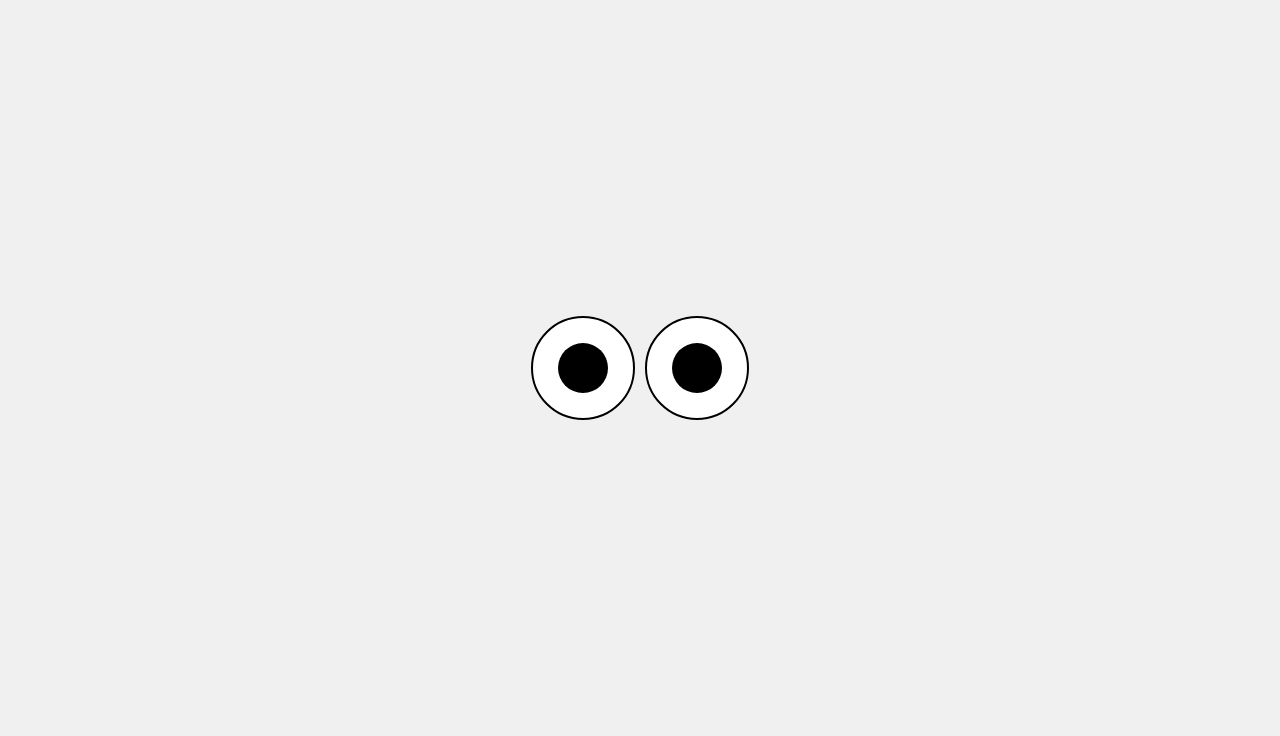
Repository: lorenzocunha/bender
Page: index.html
An editor plug-in stored every save of this project. The page is shown before and after the next save, followed by the edit.
The browser window is 1280 px wide. The pictures show the whole page.
Some web libraries are served in a nearby version.

Above is the page before, as saved 2024-03-24 10:51:21.

### index.html
<!DOCTYPE html>

<html lang="PT-BR">
    <meta charset="UTF-8">
    <meta name="viewport" content="width=device-width, initial-scale=1.0">
    <title>Bender</title>
    <link rel="stylesheet" href="style.css">
    <script src="https://cdnjs.cloudflare.com/ajax/libs/lottie-web/5.7.4/lottie.min.js"></script>
</head>

<body>
    <div class="container">
        <div id="bender" class="Bender">
            <div class="eye" id="eye1"><div class="pupil" id="pupil1"></div></div>
            <div class="eye" id="eye2"><div class="pupil" id="pupil2"></div></div>
            <script src="script.js"></script>
        </div>
    </div>
</body>
</html>

### style.css
.Bender svg {
    width: 400px;
}
.Bender {
    display: flex;
}
body {
    display: flex;
    justify-content: center;
    align-items: center;
    height: 100vh;
    background-color: #f0f0f0;
}

.eye {
    position: relative;
    width: 100px;
    height: 100px;
    background-color: #fff;
    border-radius: 50%;
    margin: 0 5px;
    display: flex;
    justify-content: center;
    align-items: center;
    border: 2px solid #000;
}

.pupil {
    position: absolute;
    width: 50px;
    height: 50px;
    background-color: #000;
    border-radius: 50%;
}

### script.js
document.addEventListener('mousemove', (event) => {
    const eyes = document.querySelectorAll('.eye');
    eyes.forEach(eye => {
        const { left, top, width, height } = eye.getBoundingClientRect();
        const eyeCenterX = left + width / 2;
        const eyeCenterY = top + height / 2;
        const mouseX = event.clientX;
        const mouseY = event.clientY;
        const angle = Math.atan2(mouseY - eyeCenterY, mouseX - eyeCenterX);
        const radius = Math.min(width, height) / 4;
        const pupilX = radius * Math.cos(angle);
        const pupilY = radius * Math.sin(angle);
        const pupil = eye.querySelector('.pupil');
        pupil.style.transform = `translate(${pupilX}px, ${pupilY}px)`;
    });
});

After the next save:
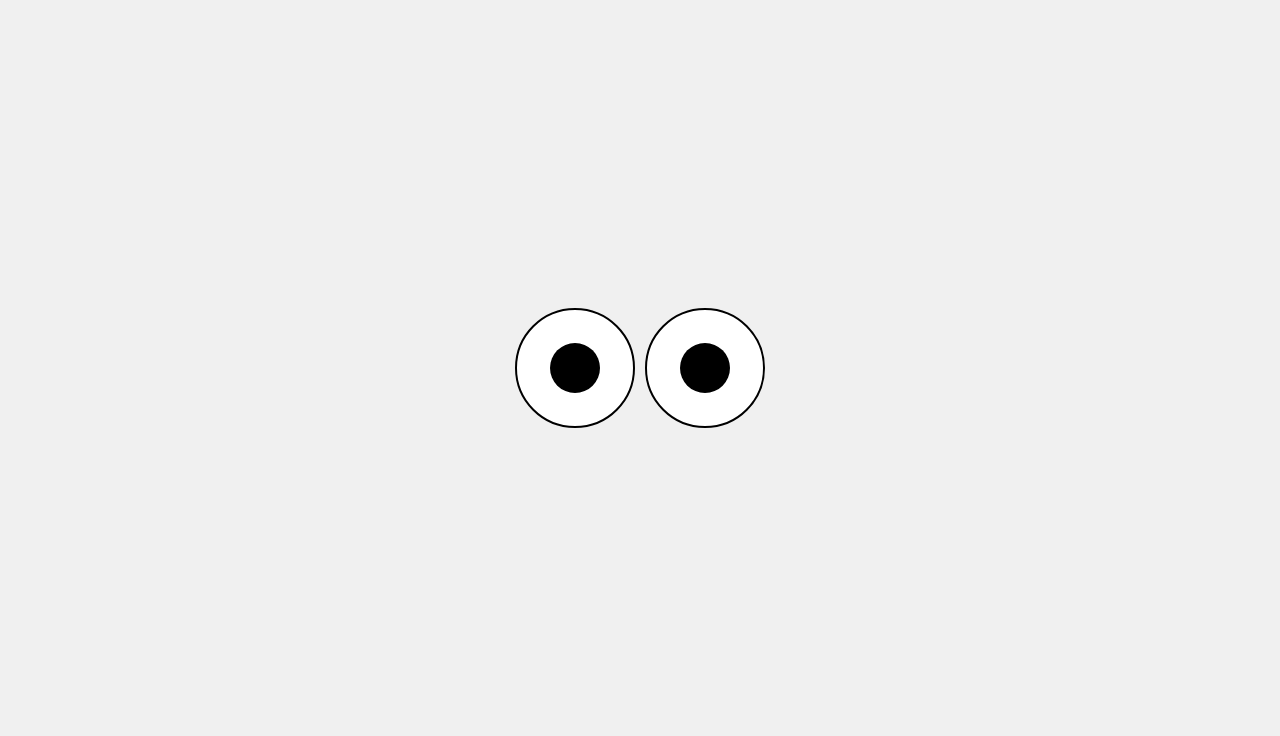
Saved 32 s later.
--- a/style.css
+++ b/style.css
@@ -23,6 +23,7 @@ body {
     justify-content: center;
     align-items: center;
     border: 2px solid #000;
+    padding: 0.5em;
 }
 
 .pupil {
